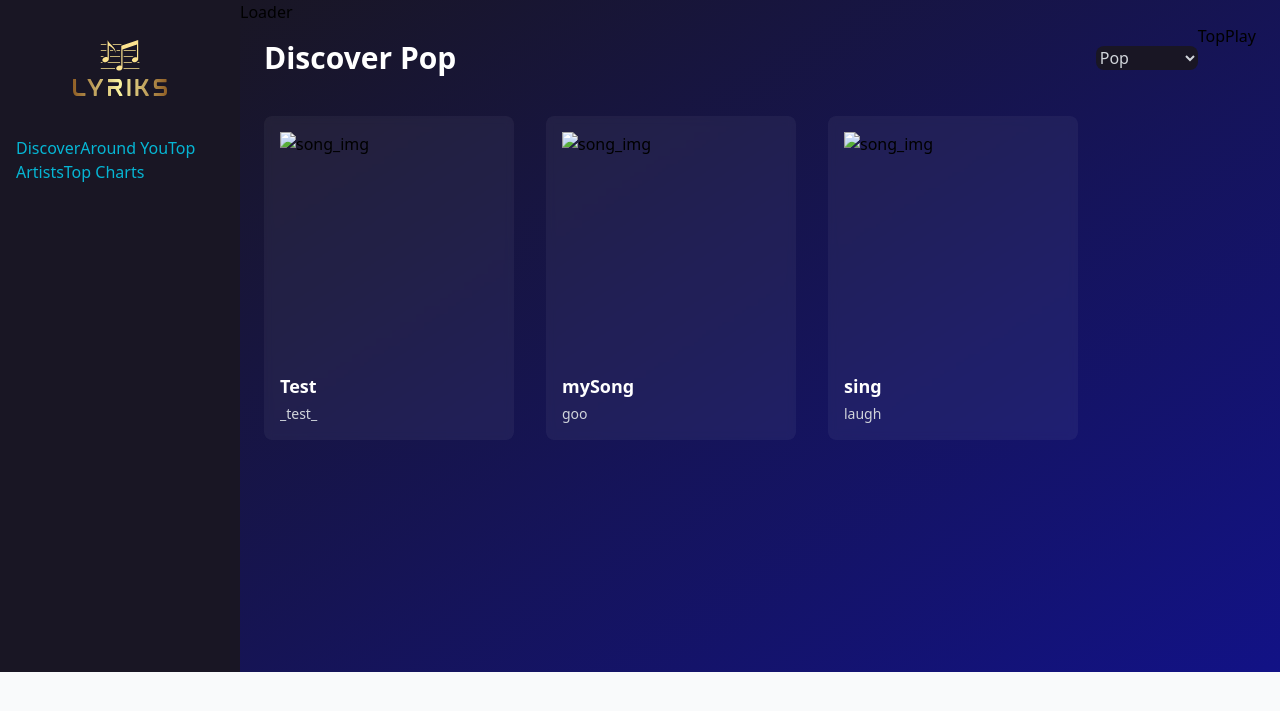
Repository: Chris24T/Dotify
Page: /
The author's editor kept a copy of each file at every save. The page is drawn from the files as they stood at one save, then again after the next save.
The browser window is 1280 px wide. The pictures show the whole page.
The project was rebuilt for these pictures with package versions that can differ from the ones it lists, and the page was loaded fresh each time. Also part of the build but not shown: vite.config.js, src/components/ArtistCard.jsx, src/components/DetailsHeader.jsx, src/components/SongBar.jsx, src/components/RelatedSongs.jsx, src/components/MusicPlayer/Controls.jsx, src/components/MusicPlayer/Player.jsx, src/components/MusicPlayer/Seekbar.jsx and 11 more.

Above is the page before, as saved 2022-12-04 19:56:50.

### src/redux/store.js
import { configureStore } from '@reduxjs/toolkit';

import { shazamCoreApi } from './services/shazamCore';
import playerReducer from './features/playerSlice';

export const store = configureStore({
  reducer: {
    player: playerReducer,
    [shazamCoreApi.reducerPath]: shazamCoreApi.reducer,
  },
  middleware: (getDefaultMiddleware) =>
    getDefaultMiddleware().concat(shazamCoreApi.middleware),
});

### src/redux/services/shazamCore.js
import { createApi, fetchBaseQuery } from '@reduxjs/toolkit/query/react';

const baseHeaders = {
  'X-RapidAPI-Key': 'aa86041609msh651730729ed9b3dp1da6e2jsn7ec97b06be13',
  'X-RapidAPI-Host': 'shazam-core.p.rapidapi.com',
};

export const shazamCoreApi = createApi({
  reducerPath: 'shazamCoreApi',
  baseQuery: fetchBaseQuery({
    baseUrl: 'https://shazam-core.p.rapidapi.com/v1',
    prepareHeaders: (headers) => {
      headers.set({ baseHeaders });
      return headers;
    },
  }),
  endpoints: (builder) => ({
    getTopCharts: builder.query({ query: (genre) => '/charts/world' }),
  }),
});
// redux toolkit auto generates a hook
export const { useGetTopChartsQuery } = shazamCoreApi;

### src/redux/features/playerSlice.js
import { createSlice } from '@reduxjs/toolkit';

const initialState = {
  currentSongs: [],
  currentIndex: 0,
  isActive: false,
  isPlaying: false,
  activeSong: {},
  genreListId: '',
};

const playerSlice = createSlice({
  name: 'player',
  initialState,
  reducers: {
    setActiveSong: (state, action) => {
      state.activeSong = action.payload.song;

      if (action.payload?.data?.tracks?.hits) {
        state.currentSongs = action.payload.data.tracks.hits;
      } else if (action.payload?.data?.properties) {
        state.currentSongs = action.payload?.data?.tracks;
      } else {
        state.currentSongs = action.payload.data;
      }

      state.currentIndex = action.payload.i;
      state.isActive = true;
    },

    nextSong: (state, action) => {
      if (state.currentSongs[action.payload]?.track) {
        state.activeSong = state.currentSongs[action.payload]?.track;
      } else {
        state.activeSong = state.currentSongs[action.payload];
      }

      state.currentIndex = action.payload;
      state.isActive = true;
    },

    prevSong: (state, action) => {
      if (state.currentSongs[action.payload]?.track) {
        state.activeSong = state.currentSongs[action.payload]?.track;
      } else {
        state.activeSong = state.currentSongs[action.payload];
      }

      state.currentIndex = action.payload;
      state.isActive = true;
    },

    playPause: (state, action) => {
      state.isPlaying = action.payload;
    },

    selectGenreListId: (state, action) => {
      state.genreListId = action.payload;
    },
  },
});

export const { setActiveSong, nextSong, prevSong, playPause, selectGenreListId } = playerSlice.actions;

export default playerSlice.reducer;

### src/components/Sidebar.jsx
import { useState } from 'react';
import { NavLink } from 'react-router-dom';
import { RiCloseLine } from 'react-icons/ri';

import { logo } from '../assets';
import { links } from '../assets/constants';

const NavLinks = () => (
  <div className="mt-10">
    {links.map((item) => (
      <NavLink>{item.name}</NavLink>
    ))}
  </div>
);

const Sidebar = () => {
  const [mobileOpen, setMobileOpen] = useState(false);

  return (
    <>
      <div className="md:flex hidden flex-col w-[240px] py-10 px-4 bg-[#191624]">
        <img src={logo} alt="logo" className='="w-full h-14 object-contain' />
        <NavLinks />
      </div>
    </>
  );
};

export default Sidebar;

### src/components/SongCard.jsx
import { Link } from 'react-router-dom';
import { useDispatch } from 'react-redux';

import PlayPause from './PlayPause';
import { playPause, setActiveSong } from '../redux/features/playerSlice';

const SongCard = ({ song, isPlaying, activeSong, data, i }) => {
  const dispatch = useDispatch();

  const handlePauseClick = () => {
    dispatch(playPause(false));
  };
  const handlePlayClick = () => {
    dispatch(setActiveSong({ song, data, i }));
    dispatch(playPause(true));
  };

  const activeSong_tmp = { title: 'Test' };
  return (
    <div
      className="flex flex-col w-[250px] p-4 bg-white/5 bg-opacity-80
     backdrop-blur-sm animate-slideup rounded-lg cursor-pointer"
    >
      <div className="relative w-full h-56 group">
        <div
          className={`absolute inset-0 justify-center items-center
          bg-black bg-opacity-50 group-hover:flex ${
            activeSong?.title === song.title
              ? 'flex bg-black bg-opacity-70'
              : 'hidden'
          }`}
        >
          <PlayPause
            song={song}
            isPlaying={isPlaying}
            activeSong={activeSong_tmp}
            handlePause={handlePauseClick}
            handlePlay={handlePlayClick}
          />
        </div>
        <img alt="song_img" src={song.image?.coverart} />
      </div>
      <div className="mt-4 flex flex-col">
        <p className="font-semibold text-lg text-white truncate">
          <Link to={`/songs/$song?.key`}>{song.title}</Link>
        </p>
        <p className="text-sm truncate text-gray-300 mt-1">
          <Link
            to={
              song.artists
                ? `/artists/${song?.artists[0]?.adamid}`
                : '/top-artists'
            }
          >
            {song.subtitle}
          </Link>
        </p>
      </div>
    </div>
  );
};

export default SongCard;

### src/pages/Discover.jsx
import { Error, Loader, SongCard } from '../components';
import { genres } from '../assets/constants';
import { useDispatch, useSelector } from 'react-redux';
import { useGetTopChartsQuery } from '../redux/services/shazamCore';
import { useDebugValue } from 'react';

const Discover = () => {
  const dispach = useDebugValue();
  const { activeSong, isPlaying } = useSelector((state) => state.player);
  // const { data, isFetching, error } = useGetTopChartsQuery();
  const data = [
    { title: 'Test', subtitle: '_test_' },
    { title: 'mySong', subtitle: 'goo' },
    { title: 'sing', subtitle: 'laugh' },
  ];
  const isFetching = false;
  const genreTitle = 'Pop';

  if (isFetching) return <Loader title="Loading Songs..." />;
  // if (error) return <Error />;

  return (
    <div className="flex flex-col">
      <div className="w-full flex justify-between items-center sm:flex-row flex-col mt-4 mb-10">
        <h2 className="font-bold text-3xl text-white text-left">
          Discover {genreTitle}
        </h2>
        <select
          onChange={() => {}}
          value=""
          className="bg-black rounded-lg outline-none text-gray-300 sm:mt-0 mt-5"
        >
          {genres.map((genre) => (
            <option key={genre.value} value={genre.value}>
              {genre.title}
            </option>
          ))}
        </select>
      </div>
      <div className="flex flex-wrap sm:justify-start justify-center gap-8">
        {data.map((song, i) => {
          return (
            <SongCard
              key={song.key}
              song={song}
              isPlaying={isPlaying}
              activeSong={activeSong}
              data={data}
              i={i}
            ></SongCard>
          );
        })}
      </div>
    </div>
  );
};

export default Discover;

### src/assets/constants.js
import { HiOutlineHashtag, HiOutlineHome, HiOutlinePhotograph, HiOutlineUserGroup } from 'react-icons/hi';

export const genres = [
  { title: 'Pop', value: 'POP' },
  { title: 'Hip-Hop', value: 'HIP_HOP_RAP' },
  { title: 'Dance', value: 'DANCE' },
  { title: 'Electronic', value: 'ELECTRONIC' },
  { title: 'Soul', value: 'SOUL_RNB' },
  { title: 'Alternative', value: 'ALTERNATIVE' },
  { title: 'Rock', value: 'ROCK' },
  { title: 'Latin', value: 'LATIN' },
  { title: 'Film', value: 'FILM_TV' },
  { title: 'Country', value: 'COUNTRY' },
  { title: 'Worldwide', value: 'WORLDWIDE' },
  { title: 'Reggae', value: 'REGGAE_DANCE_HALL' },
  { title: 'House', value: 'HOUSE' },
  { title: 'K-Pop', value: 'K_POP' },
];

export const links = [
  { name: 'Discover', to: '/', icon: HiOutlineHome },
  { name: 'Around You', to: '/around-you', icon: HiOutlinePhotograph },
  { name: 'Top Artists', to: '/top-artists', icon: HiOutlineUserGroup },
  { name: 'Top Charts', to: '/top-charts', icon: HiOutlineHashtag },
];

### src/components/PlayPause.jsx
import { FaPauseCircle, FaPlayCircle } from 'react-icons/fa';

const PlayPause = ({ isPlaying, activeSong, song, handlePause, handlePlay }) =>
  isPlaying && activeSong?.title === song.title ? (
    <FaPauseCircle
      size={35}
      className={'text-gray-300'}
      onClick={handlePause}
    />
  ) : (
    <FaPlayCircle size={35} className={'text-gray-300'} onClick={handlePlay} />
  );

export default PlayPause;

Loaded but not shown: index.html (common file); src/index.jsx (common file); src/index.css (common file); src/App.jsx (common file); src/components/index.js (common file); src/pages/index.js (common file); src/components/Searchbar.jsx (common file); src/components/TopPlay.jsx (common file); src/assets/index.js (common file); tailwind.config.js (common file)

After the next save:
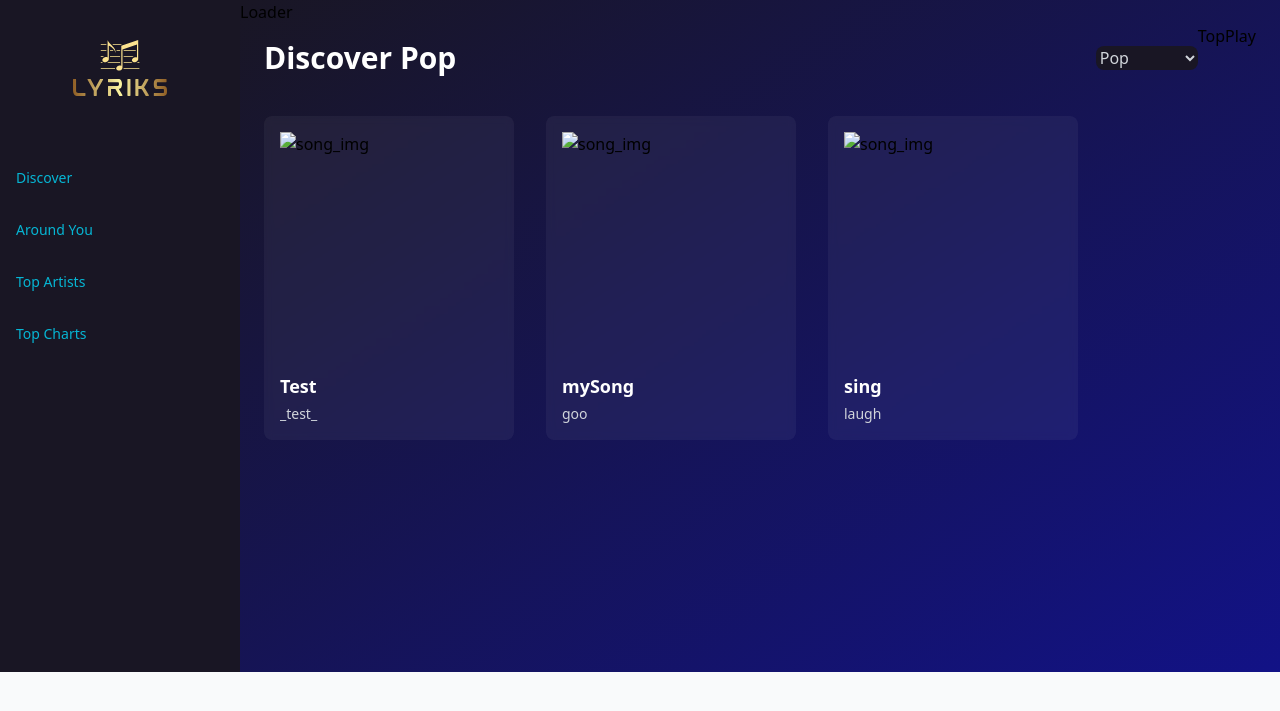
Saved 53 s later.
--- a/src/components/Sidebar.jsx
+++ b/src/components/Sidebar.jsx
@@ -8,7 +8,13 @@ import { links } from '../assets/constants';
 const NavLinks = () => (
   <div className="mt-10">
     {links.map((item) => (
-      <NavLink>{item.name}</NavLink>
+      <NavLink
+        className={
+          'flex flex-row justify-start items-center my-8 text-sm font-medium text-gray-400 hover:text-cyan-400'
+        }
+      >
+        {item.name}
+      </NavLink>
     ))}
   </div>
 );
